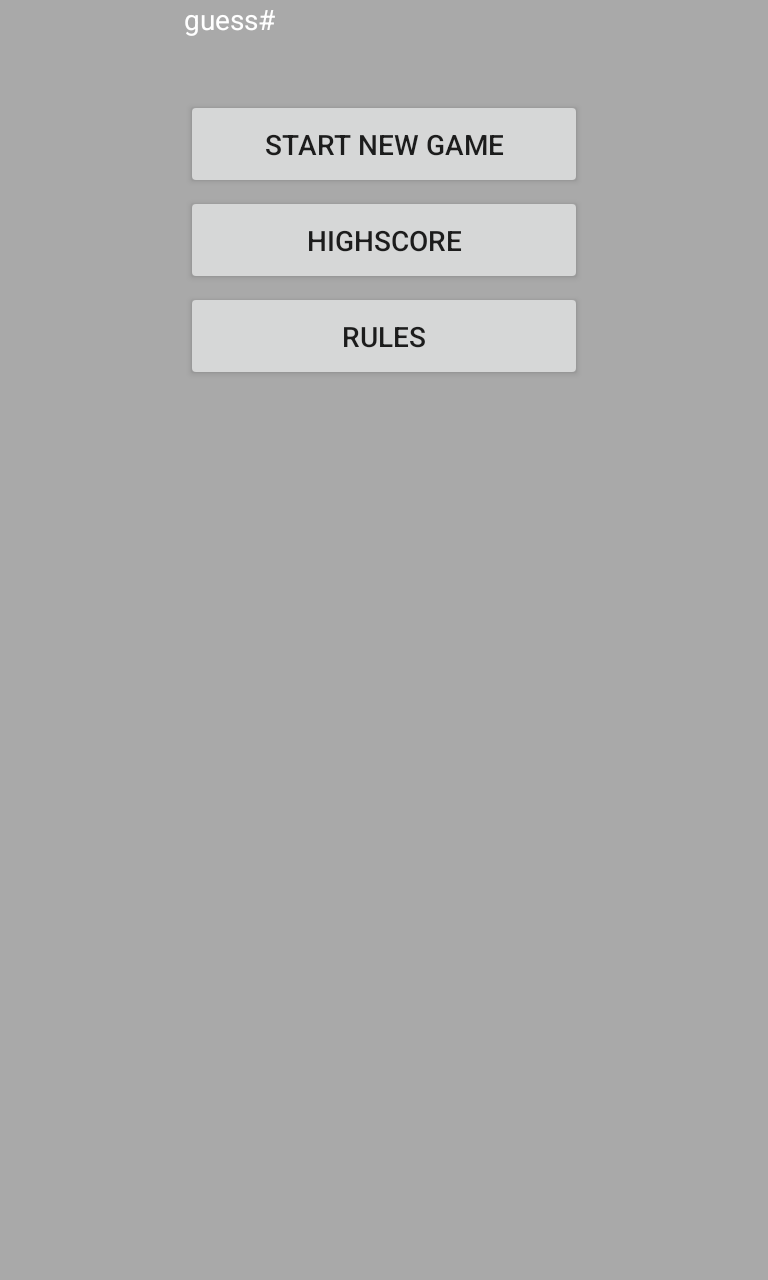
Repository: Hannanina/GuessTag
Layout: GuessTag/res/layout/activity_start.xml
The author's editor kept a copy of each file at every save. The layout is drawn from the files as they stood at one save, then again after a run of saves.
It is drawn on a 768 x 1280 px phone screen (xhdpi) without system bars, with theme AppTheme; the app's code is not run.

Above is the layout before, as saved 2014-12-05 13:43:56.

After the next 2 saves:
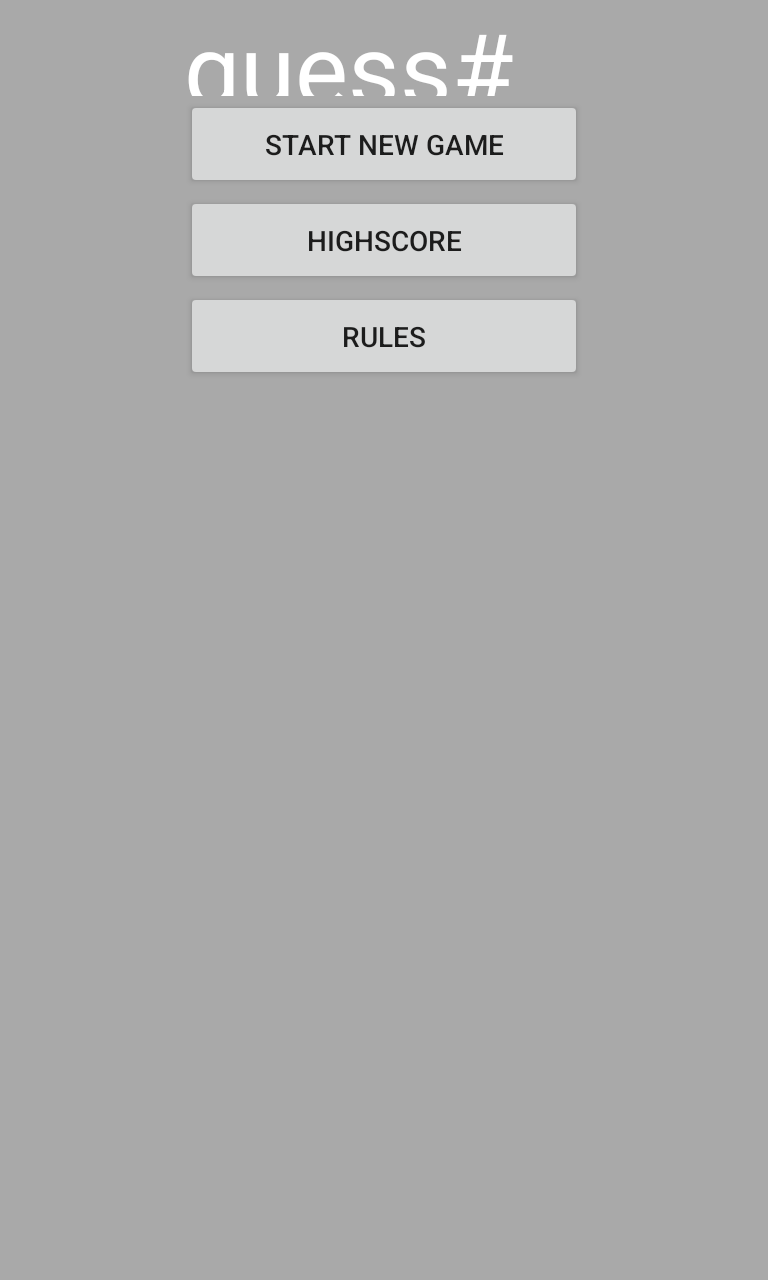
The 2 saves are shown as one change because they came seconds apart.
The last was saved 49 s later.
--- a/GuessTag/res/layout/activity_start.xml
+++ b/GuessTag/res/layout/activity_start.xml
@@ -11,6 +11,7 @@
 	    android:layout_height="48dp"
 	    android:layout_gravity="center"
 	    android:text="@string/start_heading"
+	    android:textSize="50sp"
 	    android:textColor="@color/White">
     </TextView>
 
